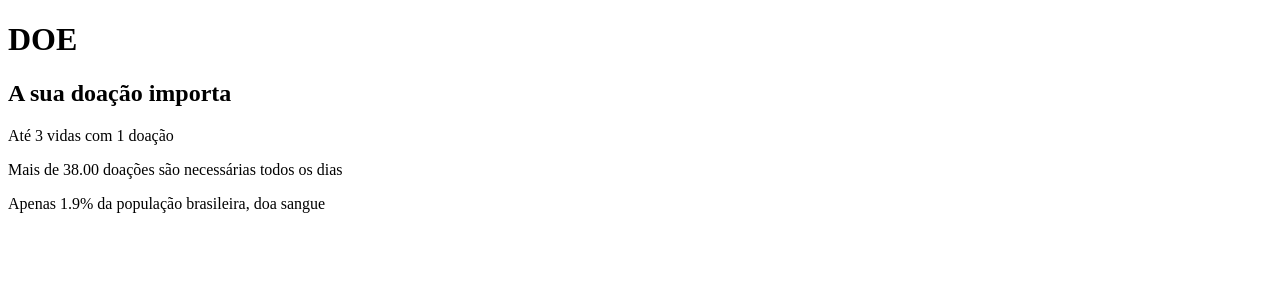
Repository: lucas-silva-dev/Doe
Page: index.html
The author's editor kept a copy of each file at every save. The page is drawn from the files as they stood at one save, then again after the next save.
The browser window is 1280 px wide. The pictures show the whole page.

Above is the page before, as saved 2020-02-18 11:12:26.

### index.html
<!DOCTYPE html>
<!-- HTML
  HYPERTEXT
    Texto que contém links para outros documentos

  MARKUP
    Texto conterá marcações
    <tags>

  LANGUAGE
    Para comunicar de certa maneira. Sintaxe específica
-->
<html>

<head>
  <!-- são as configurações da minha página-->
  <title>Doe sangue! Doe vida!</title>
</head>

<body>
  <!-- Aqui vem todo conteúdo visível para o usuário, dentro de certa página-->
  <header>
    <h1>DOE</h1>
    <h2>A sua doação importa</h2>
    <p>Até 3 vidas com 1 doação</p>
    <p>Mais de 38.00 doações são necessárias todos os dias</p>
    <p>Apenas 1.9% da população brasileira, doa sangue</p>
  </header>
  <main></main>
</body>

</html>

After the next save:
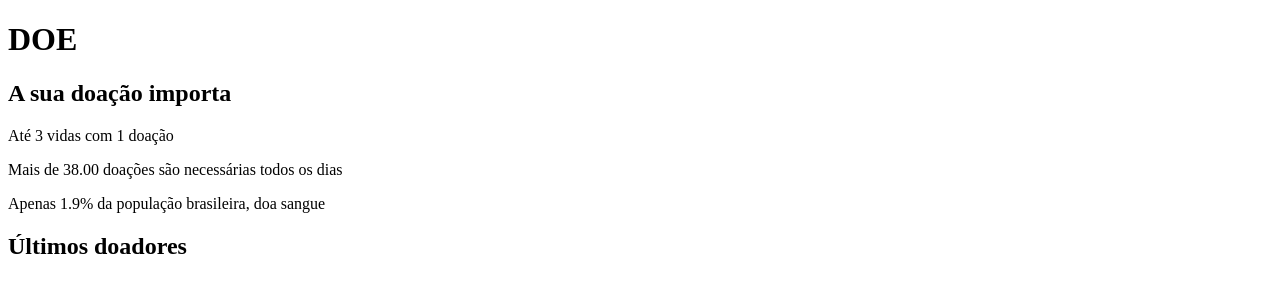
Saved 114 s later.
--- a/index.html
+++ b/index.html
@@ -26,7 +26,13 @@
     <p>Mais de 38.00 doações são necessárias todos os dias</p>
     <p>Apenas 1.9% da população brasileira, doa sangue</p>
   </header>
-  <main></main>
+  <main>
+    <h2>Últimos doadores</h2>
+
+    <section class="donors">
+
+    </section>
+  </main>
 </body>
 
 </html>
